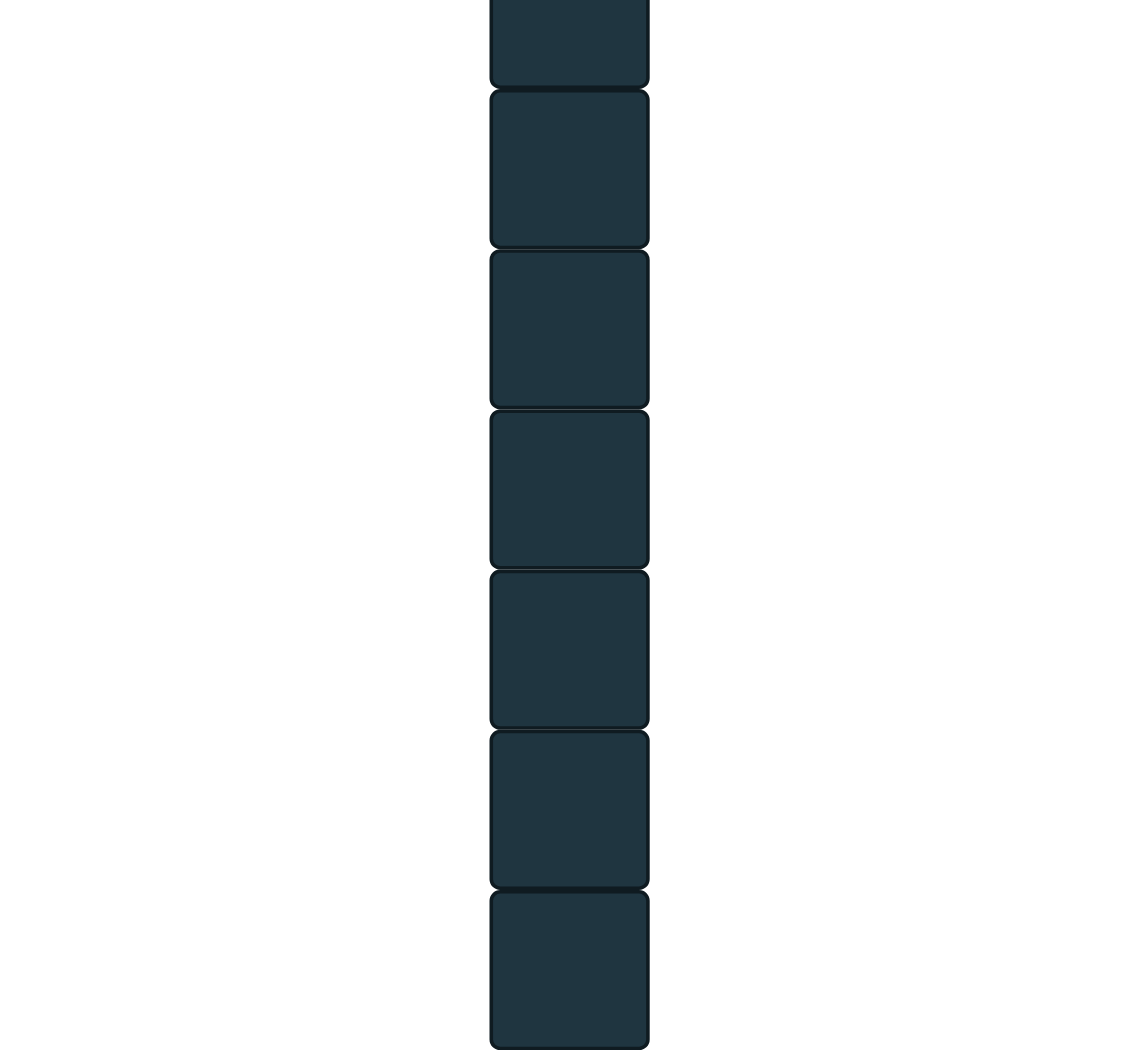
Repository: Monterro324/Tic-Tac
Page: / (app in tic-tac/)
These files come from the project's save history. The page is drawn as it stood at one moment and after a run of saves; the edit follows.
The browser window is 1280 px wide. The pictures show the whole page, at 89% of full size.
The project was rebuilt for these pictures with package versions that can differ from the ones it lists, and the page was loaded fresh each time.

Above is the page before, as saved 2024-05-04 21:04:47.

After the next 5 saves:
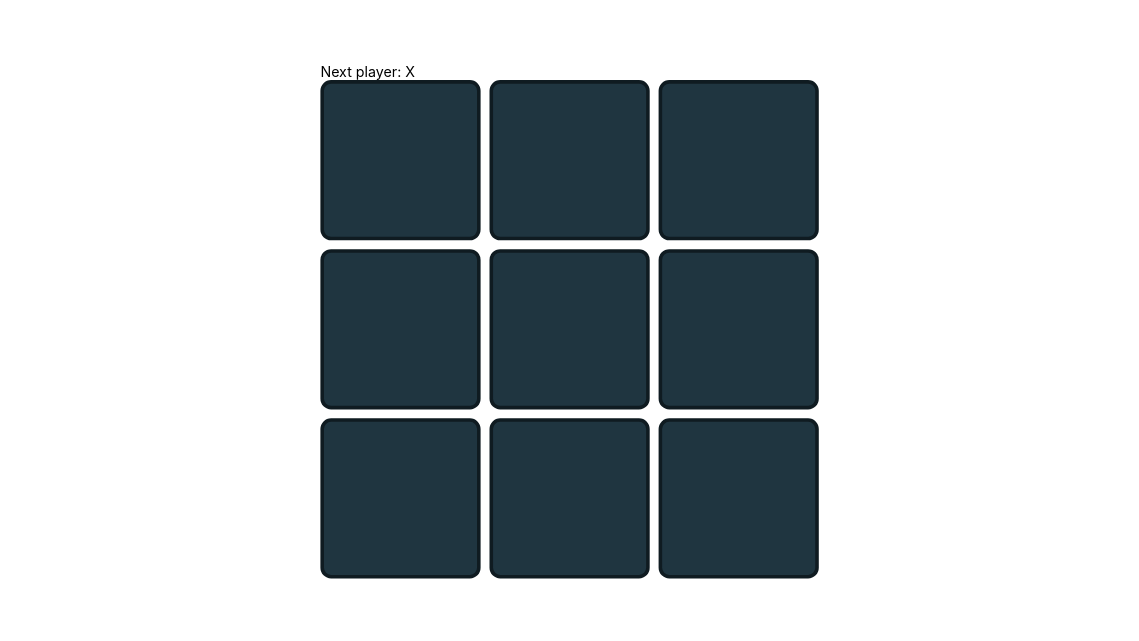
The 5 saves are shown as one change because they came seconds apart.
The last was saved 13 s later.
--- a/tic-tac/src/App.css
+++ b/tic-tac/src/App.css
@@ -8,7 +8,8 @@ body, html {
 
 .board {
   display: grid;
-  grid-template-columns: repeat();
+  grid-template-columns: repeat(3, 180px);
+  grid-gap: 10px;
 }
 
 .square {
